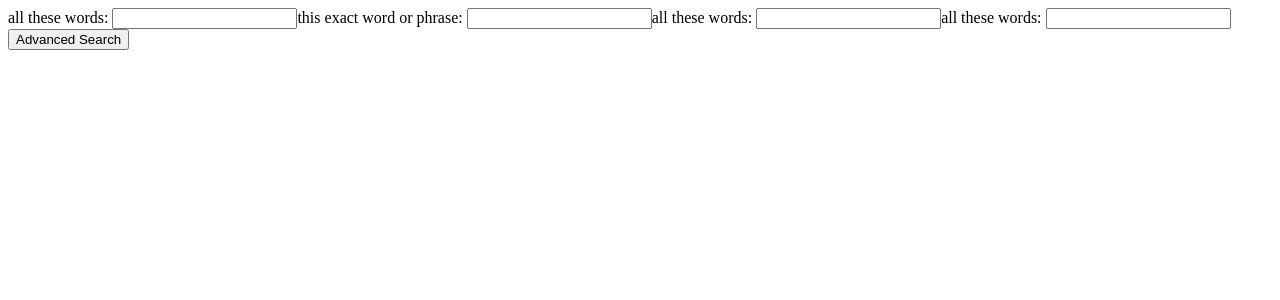
Repository: etentuk/search
Page: advanced_search.html
These files come from the project's save history. The page is drawn as it stood at one moment and after the next save; the edit follows.
The browser window is 1280 px wide. The pictures show the whole page.

Above is the page before, as saved 2021-11-03 23:13:53.

After the next save:
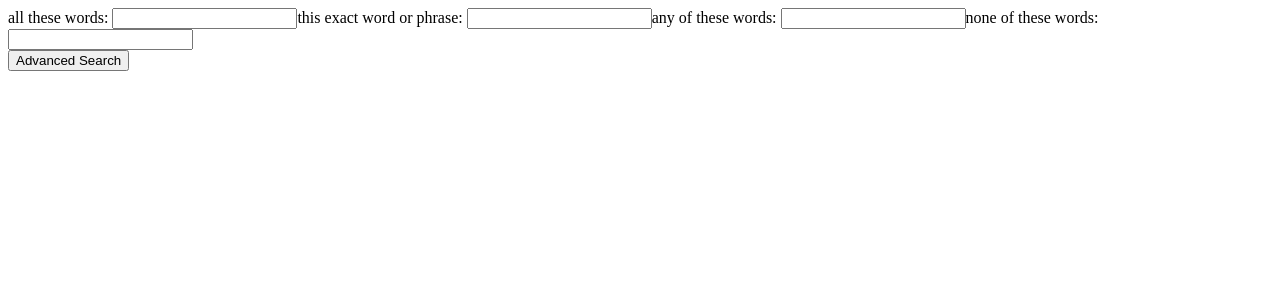
Saved 17 s later.
--- a/advanced_search.html
+++ b/advanced_search.html
@@ -12,9 +12,9 @@
             <input type="text" id="as_q" name="as_q">
             <label for="as_epq">this exact word or phrase: </label>
             <input type="text" id="as_epq" name="as_epq">
-            <label for="as_oq">all these words: </label>
+            <label for="as_oq">any of these words: </label>
             <input type="text" id="as_oq" name="as_oq">
-            <label for="as_eq">all these words: </label>
+            <label for="as_eq">none of these words: </label>
             <input type="text" id="as_eq" name="as_eq">
         </div>
         <input type="submit" value="Advanced Search">
